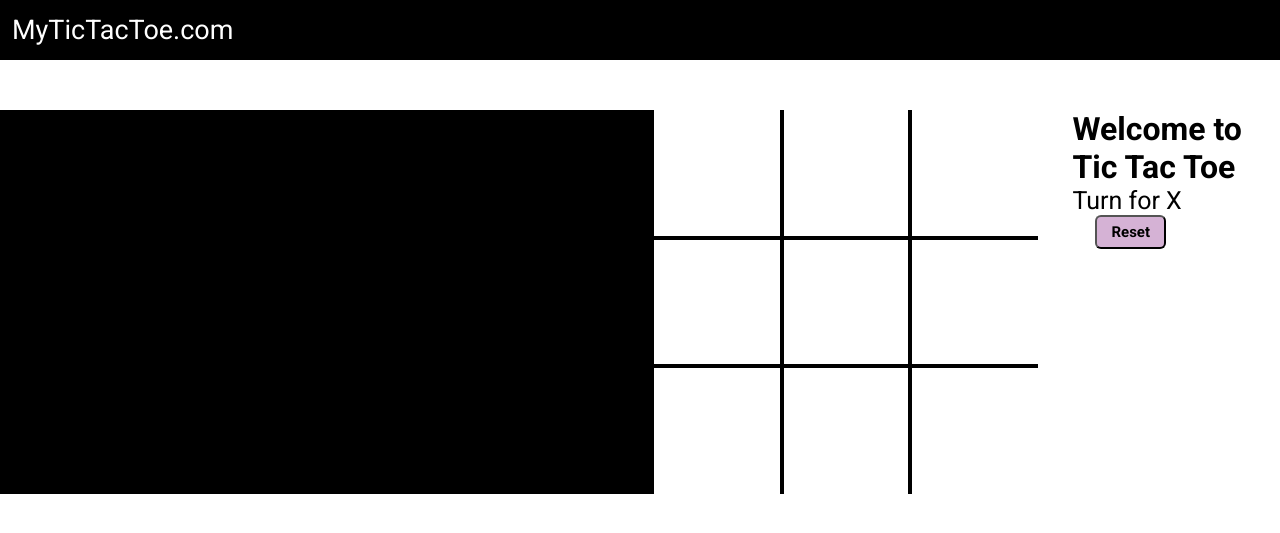
Repository: AshwinUgale/TicTacToe
Page: index.html
The author's editor kept a copy of each file at every save. The page is drawn from the files as they stood at one save, then again after the next save.
The browser window is 1280 px wide. The pictures show the whole page.

Above is the page before, as saved 2024-12-19 13:14:53.

### index.html
<!DOCTYPE html>
<html lang="en">
<head>
  <meta charset="UTF-8">
  <meta name="viewport" content="width=device-width, initial-scale=1.0">
  <title>Tic Tac Toe</title>
  <link rel="stylesheet" href="style.css">
</head>
<body>
    <nav>
      <ul>
        <li>MyTicTacToe.com</li>
      </ul>
    </nav>
    <div class="gameContainer">
      <div class="line"></div>
      <div class="container">
        <div class="box bt-0 bl-0 "><span class="boxtext"></span></div>
        <div class="box bt-0"><span class="boxtext"></span></div>
        <div class="box bt-0 br-0"><span class="boxtext"></span></div>
        <div class="box bl-0"><span class="boxtext"></span></div>
        <div class="box"><span class="boxtext"></span></div>
        <div class="box br-0"><span class="boxtext"></span></div>
        <div class="box bl-0 bb-0"><span class="boxtext"></span></div>
        <div class="box bb-0"><span class="boxtext"></span></div>
        <div class="box bb-0 br-0"><span class="boxtext"></span></div>
      </div>
      <div class="gameInfo">
        <h1>Welcome to Tic Tac Toe</h1>
        <div>
          <span class="info">Turn for X</span>
          <button id="reset">Reset</button>
        </div>
        <div class="imgbox">
          <img src="excited.gif" alt="" srcset="">
        </div>
      </div>
    </div>
    <script src="script.js"></script>
</body>
</html>
<link rel="stylesheet"

### style.css
@import url('https://fonts.googleapis.com/css2?family=Roboto:ital,wght@0,100;0,300;0,400;0,500;0,700;0,900;1,100;1,300;1,400;1,500;1,700;1,900&display=swap');

*{
    margin: 0;
    padding: 0;
}

nav {
    background-color: black;
    color: white;
    height: 60px;
    font-size: 27px;
    display: flex;
    align-items: center;
    padding: 0 12px;
    font-family: "Roboto", serif;
}

nav ul{
    list-style-type: none;
}

.gameContainer{
    display: flex;
    justify-content: center;
    margin-top: 50px;
}

.container{
    display: grid;
    grid-template-rows: repeat(3,10vw);
    grid-template-columns: repeat(3,10vw);
    font-family:"Roboto", serif;
}

.box{
    border: 2px solid black;
    font-size: 8vw;
    cursor: pointer;
    display: flex;
    justify-content: center;
    align-items: center;
}

.box:hover{
    background-color: rgb(243, 236, 250);
}

.gameInfo{
    padding: 0 34px;
    font-family:"Roboto", serif;
}

.imgbox img{
    width: 0;
    transition: width 1s ease-in-out;
}

.br-0{
    border-right: 0;
}

.bl-0{
    border-left: 0;
}

.bt-0{
    border-top: 0;
}

.bb-0{
    border-bottom: 0;
}

#reset {
    margin: 0 23px;
    padding: 6px 14px;
    background: rgb(213, 178, 213);
    border-radius: 6px;
    cursor: pointer;
    font-family:"Roboto", serif;
    font-weight: bolder;
    font-size: 15px;
}

.line{
    background-color: black;
    width: 100%;
    height: 30vw;
}
.info{
    font-size: 25px;
}

@media screen and (max-width: 800px)
{
    .gameContainer{
        flex-wrap: wrap;
    }
    .gameInfo{
        margin-top: 34px;
    }
    .gameInfo h1{
        font-size: 1.5rem;
    }
}

### script.js
let music = new Audio("music.mp3")
let audioTurn = new Audio("ting.mp3")
let audioGameover = new Audio("gameover.mp3")
let turn = "X"
let gameover = false

const changeTurn=()=>{
    return turn ==="X"?"0":"X"
}

const checkWin = ()=>{
    let boxtext = document.getElementsByClassName('boxtext');
    let wins = [
        [0,1,2],
        [3,4,5],
        [6,7,8],
        [0,3,6],
        [1,4,7],
        [2,5,8],
        [0,4,8],
        [2,4,6],
    ]
    wins.forEach(e=>{
        if((boxtext[e[0]].innerText === boxtext[e[1]].innerText)&&(boxtext[e[2]].innerText === boxtext[e[1]].innerText)&&(boxtext[e[0]].innerText!=="")){
            document.querySelector('.info').innerText=boxtext[e[0]].innerText+" Won"
            gameover = true;
            document.querySelector('.imgbox').getElementsByTagName('img')[0].style.width = "200px"
        }
    })

}



let boxes = document.getElementsByClassName("box")
Array.from(boxes).forEach(element=>{
    let boxtext = element.querySelector('.boxtext');
    element.addEventListener('click',()=>{
        if(boxtext.innerText === ''){
            boxtext.innerText = turn;
            turn = changeTurn();
            audioTurn.play();
            checkWin();
            if(!gameover){
                document.getElementsByClassName("info")[0].innerText = "Turn for "+turn;
            }

        }
    })
})


reset.addEventListener('click',()=>{
    let boxtexts = document.querySelectorAll('.boxtext');
    Array.from(boxtexts).forEach(element=>{
        element.innerText=""
    })
    turn="X"
    gameover = false
    document.getElementsByClassName("info")[0].innerText = "Turn for "+turn;
    document.querySelector('.imgbox').getElementsByTagName('img')[0].style.width = "0px"
})

After the next save:
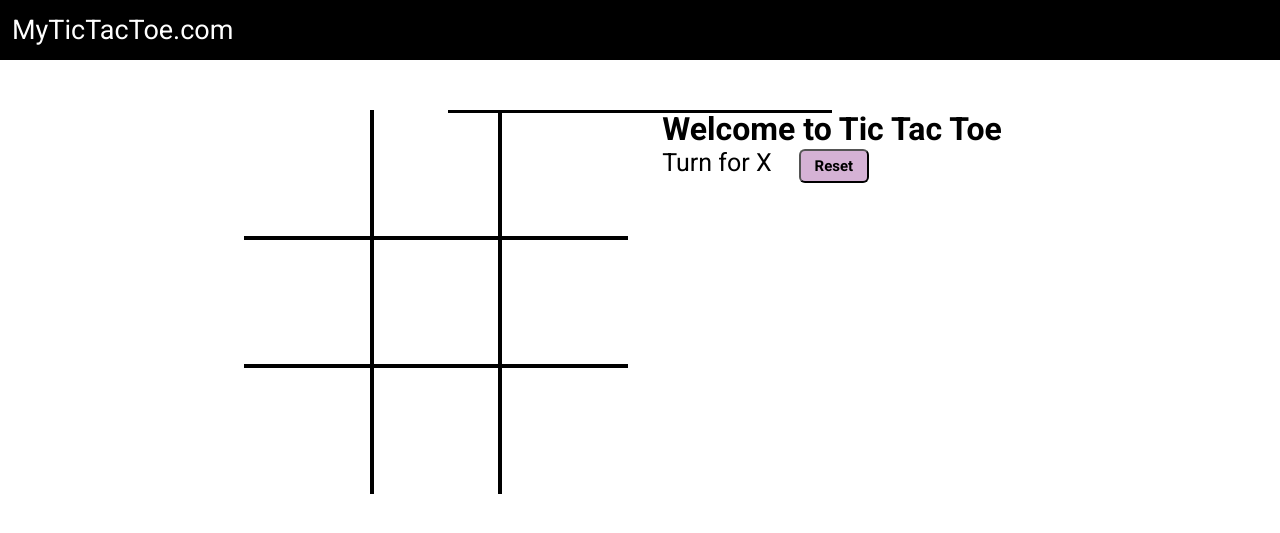
Saved 41 s later.
--- a/style.css
+++ b/style.css
@@ -85,8 +85,9 @@ nav ul{
 
 .line{
     background-color: black;
-    width: 100%;
-    height: 30vw;
+    width: 30vw;
+    height:3px;
+    position: absolute;
 }
 .info{
     font-size: 25px;
